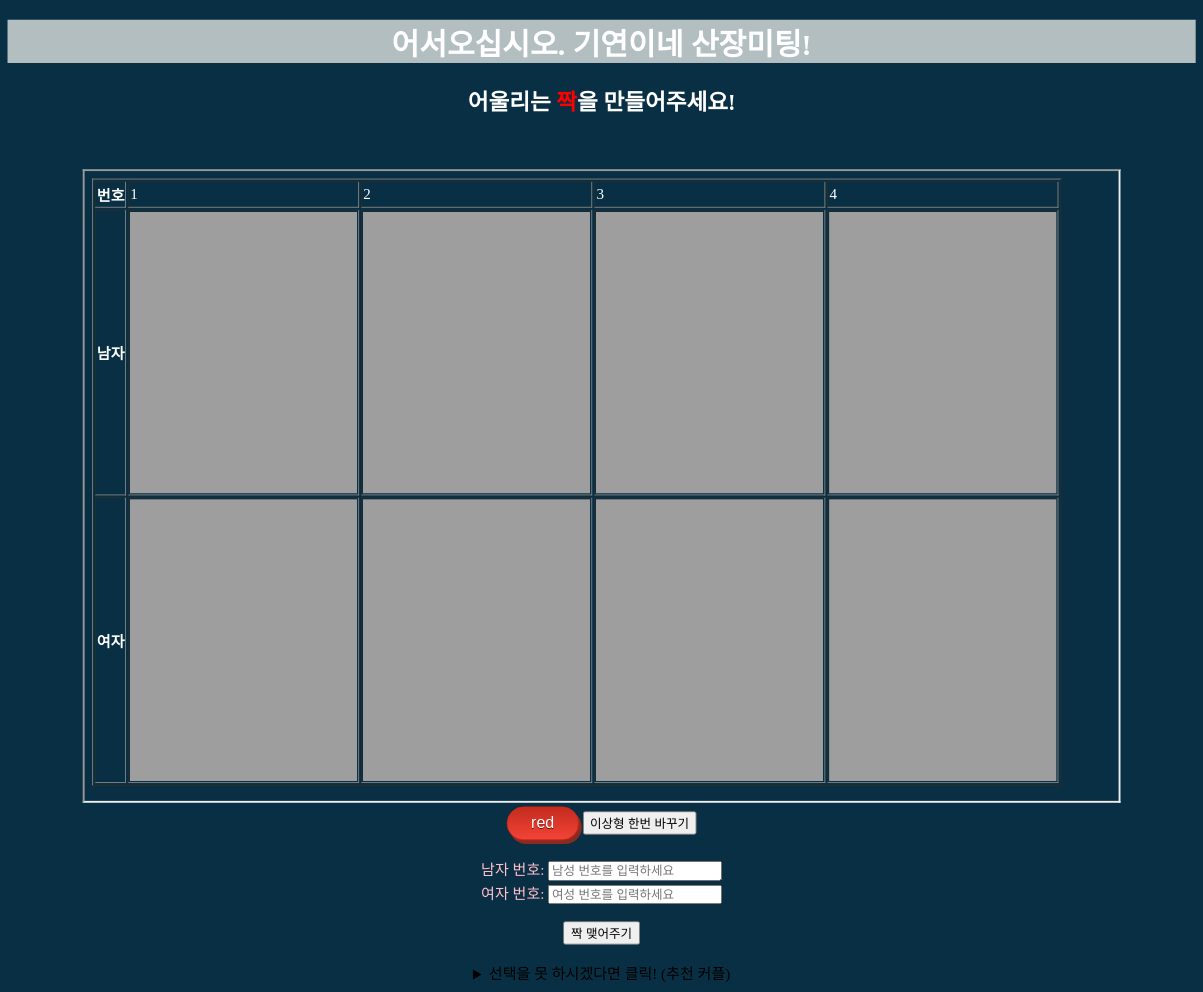
Repository: trapezer84/JSP
Page: http://localhost/AEA_Assignment/
These files come from the project's save history. The page is drawn as it stood at one moment and after a run of saves; the edit follows.
The browser window is 1280 px wide. The pictures show the whole page, at 94% of full size.
The page is served by Tomcat 9. Other server files are loaded and not shown.

Above is the page before, as saved 2016-02-05 01:15:50.

### AEA_Assignment/WebContent/index.jsp
<%@ page language="java" contentType="text/html; charset=UTF-8"
	pageEncoding="UTF-8"%>
<!DOCTYPE html>
<html>
<head>
<meta http-equiv="Content-Type" content="text/html; charset=UTF-8">
<link rel="shortcut icon" type="image/x-icon"
	href="http://a2.mzstatic.com/us/r30/Purple5/v4/c1/16/25/c1162576-3495-113d-1ae9-fe495ab49b64/icon175x175.png" />
<title>기연이네 산장미팅</title>

<style>
.myButton {
	-moz-box-shadow: 3px 4px 0px 0px #8a2a21;
	-webkit-box-shadow: 3px 4px 0px 0px #8a2a21;
	box-shadow: 3px 4px 0px 0px #8a2a21;
	background:-webkit-gradient(linear, left top, left bottom, color-stop(0.05, #c62d1f), color-stop(1, #f24437));
	background:-moz-linear-gradient(top, #c62d1f 5%, #f24437 100%);
	background:-webkit-linear-gradient(top, #c62d1f 5%, #f24437 100%);
	background:-o-linear-gradient(top, #c62d1f 5%, #f24437 100%);
	background:-ms-linear-gradient(top, #c62d1f 5%, #f24437 100%);
	background:linear-gradient(to bottom, #c62d1f 5%, #f24437 100%);
	filter:progid:DXImageTransform.Microsoft.gradient(startColorstr='#c62d1f', endColorstr='#f24437',GradientType=0);
	background-color:#c62d1f;
	-moz-border-radius:18px;
	-webkit-border-radius:18px;
	border-radius:18px;
	border:1px solid #d02718;
	display:inline-block;
	cursor:pointer;
	color:#ffffff;
	font-family:Arial;
	font-size:17px;
	padding:7px 25px;
	text-decoration:none;
	text-shadow:0px 1px 0px #810e05;
}
.myButton:hover {
	background:-webkit-gradient(linear, left top, left bottom, color-stop(0.05, #f24437), color-stop(1, #c62d1f));
	background:-moz-linear-gradient(top, #f24437 5%, #c62d1f 100%);
	background:-webkit-linear-gradient(top, #f24437 5%, #c62d1f 100%);
	background:-o-linear-gradient(top, #f24437 5%, #c62d1f 100%);
	background:-ms-linear-gradient(top, #f24437 5%, #c62d1f 100%);
	background:linear-gradient(to bottom, #f24437 5%, #c62d1f 100%);
	filter:progid:DXImageTransform.Microsoft.gradient(startColorstr='#f24437', endColorstr='#c62d1f',GradientType=0);
	background-color:#f24437;
}
.myButton:active {
	position:relative;
	top:1px;
}
</style>
</head>
<body bgcolor="#082f43" >

	<div style="background: #B3BEC0; color: white; padding: 120">
		<h1 align="center">어서오십시오. 기연이네 산장미팅!</h1>
	</div>

	<div align="center" style="color: white">
		<h2>
			어울리는 <span style="color: red">짝</span>을 만들어주세요!
		</h2>

	</div>

	<br />

	<br />
	<div align="center">
		<iframe name="display" src="./showIdealType.jsp" width="1100"
			height="670"></iframe>
	</div>

	<div align="center" >
		<a href="./showother.jsp" target="display">
		<a href="./showother.jsp" target="display" class="myButton">red</a>
		<input type="button" value="이상형 한번 바꾸기">
		</a>
		<br />
		<br />
	</div>

	<div align="center" style="color: pink">
		<form method="post" action="/AEA_Assignment/result">
			남자 번호: <input type="text" name="man" placeholder="남성 번호를 입력하세요"><br>
			여자 번호: <input type="text" name="woman" placeholder="여성 번호를 입력하세요"><br>
			<br /> <input type="submit" value="짝 맺어주기">
		</form>

		<br />

		<details style="color: black">
			<summary>선택을 못 하시겠다면 클릭! (추천 커플)</summary>
			<p>1번 3번</p>
			<p>2번 4번</p>
			<p>3번 1번</p>
			<p>4번 2번</p>
		</details>

	</div>


</body>
</html>

### AEA_Assignment/WebContent/showIdealType.jsp
<%@ page language="java" contentType="text/html; charset=UTF-8"
	pageEncoding="UTF-8"%>
<!DOCTYPE html PUBLIC "-//W3C//DTD HTML 4.01 Transitional//EN" "http://www.w3.org/TR/html4/loose.dtd">
<html>
<head>
<meta http-equiv="Content-Type" content="text/html; charset=UTF-8">
<title>Insert title here</title>
</head>
<body>

	<div>
		<table border="1" style="color:white">
			<tr>
				<th>번호</th>
				<td>1</td>
				<td>2</td>
				<td>3</td>
				<td>4</td>
			</tr>
			<tr>
				<th>남자</th>
				<td><img alt=""
					src="http://www.fashionseoul.com/wp-content/uploads/2014/02/20140203_TNGT_LeeJinWook-1.jpg"
					width="242" height="300"></td>
				<td><img
					src="https://s-media-cache-ak0.pinimg.com/236x/2a/0d/40/2a0d40b832ada4ad59a0372a74af5a98.jpg"
					width="242" height="300"></td>
				<td><img
					src="http://www.justmedia.co.kr/news/photo/201512/1105_809_2311.jpg"
					width="242" height="300"></td>
				<td><img
					src="http://pds.joins.com/news/component/osen/201106/14/201106141123772500_1.jpg"
					width="242" height="300"></td>
			</tr>

			<tr>
				<th>여자</th>
				<td><img
					src="http://thestar.chosun.com/site/data/img_dir/2011/02/18/2011021800649_0.jpg"
					width="242" height="300"></td>
				<td><img
					src="http://www.iworldtoday.com/news/photo/201602/185426_59589_165.jpg"
					width="242" height="300"></td>
				<td><img
					src="http://img.etoday.co.kr/pto_db/2015/07/600/20150729095216_684468_656_870.jpg"
					width="242" height="300"></td>
				<td><img
					src="https://file2.instiz.net/data/file2/2015/11/19/1/3/3/1331ca94dce6692b630b56d3acc72d41.jpg"
					width="242" height="300"></td>
			</tr>

		</table>
	</div>

</body>
</html>

After the next 2 saves:
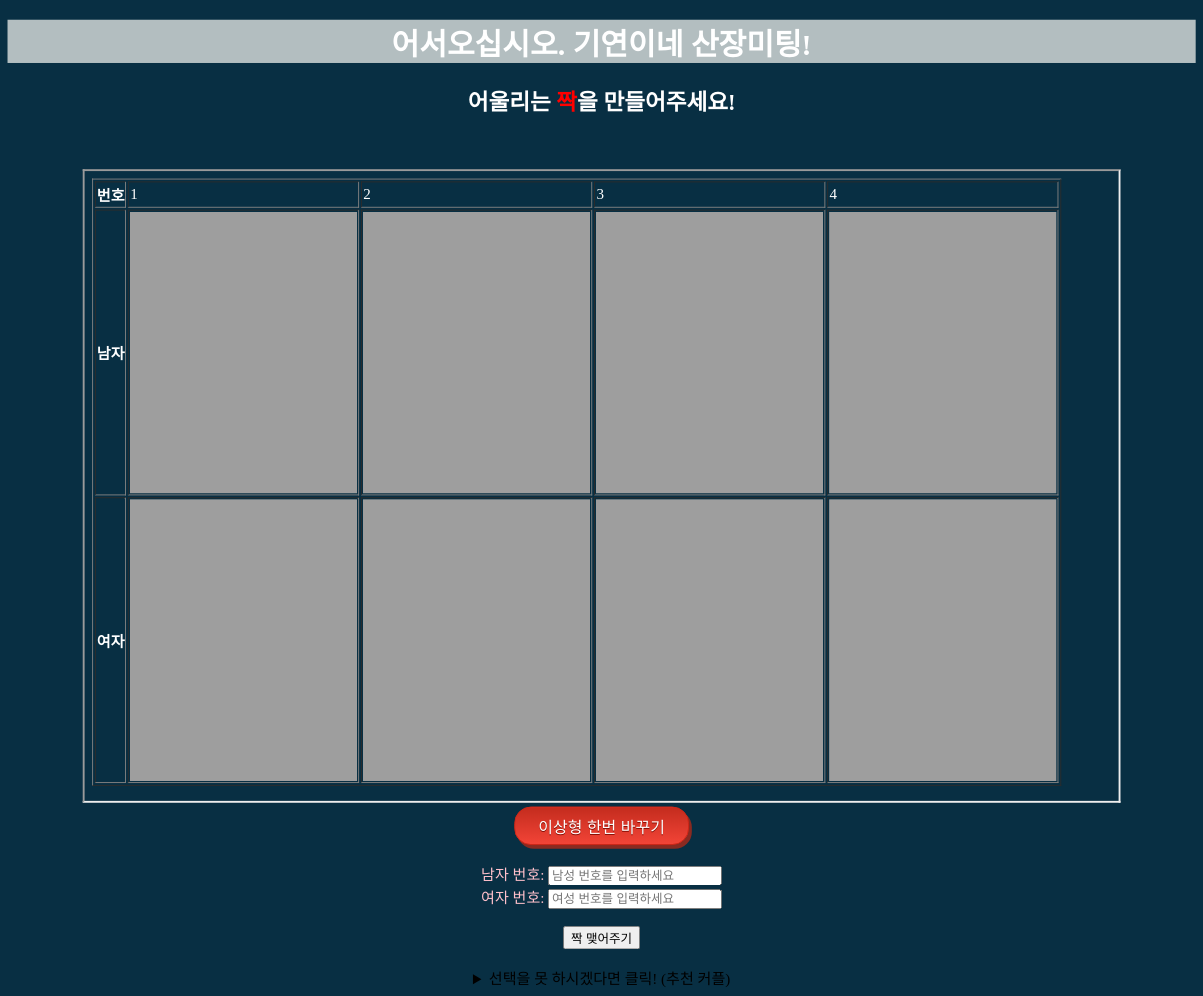
The 2 saves are shown as one change because they came seconds apart.
The last was saved 14 s later.
--- a/AEA_Assignment/WebContent/index.jsp
+++ b/AEA_Assignment/WebContent/index.jsp
@@ -72,9 +72,7 @@
 	</div>
 
 	<div align="center" >
-		<a href="./showother.jsp" target="display">
-		<a href="./showother.jsp" target="display" class="myButton">red</a>
-		<input type="button" value="이상형 한번 바꾸기">
+		<a href="./showother.jsp" target="display" class="myButton">이상형 한번 바꾸기</a>
 		</a>
 		<br />
 		<br />
